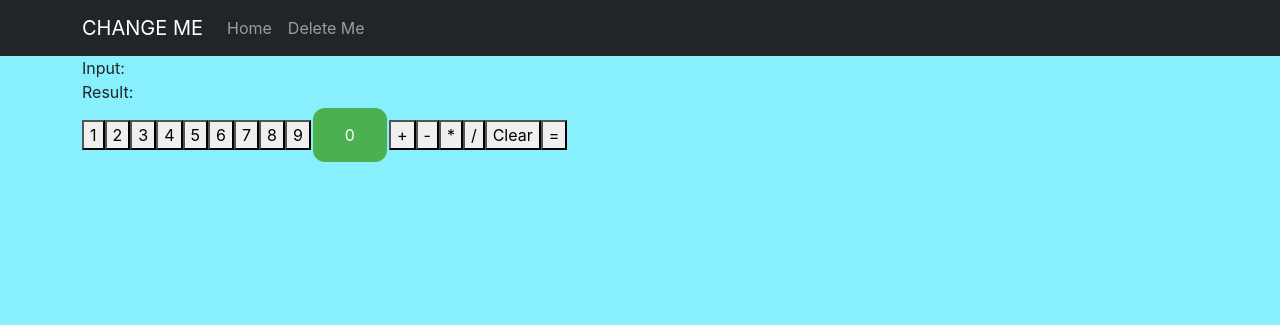
Repository: jgramirez0210/calculator-react
Page: /
An editor plug-in stored every save of this project. The page is shown before and after a run of saves, followed by the edit.
The browser window is 1280 px wide. The pictures show the whole page.
The project was rebuilt for these pictures with package versions that can differ from the ones it lists, and the page was loaded fresh each time. The framework's server and built-in components were replaced by stand-ins that run in the browser. Also part of the build but not shown: next.config.js.

Above is the page before, as saved 2024-01-09 20:18:58.

### pages/_app.js
/* eslint-disable react/prop-types */
import 'bootstrap/dist/css/bootstrap.min.css';
import NoAuth from '../components/NoAuth'; // TODO: COMMENT OUT FOR AUTH
import '../styles/globals.css';
// import { AuthProvider } from '../utils/context/authContext'; // TODO: COMMENT IN FOR AUTH
// import ViewDirectorBasedOnUserAuthStatus from '../utils/ViewDirector'; // TODO: COMMENT IN FOR AUTH

function MyApp({ Component, pageProps }) {
  return (
    <>
      <NoAuth
        component={Component}
        pageProps={pageProps}
      />

      {/* TODO: Delete NoAuth component above and comment in code below for authentication */}
      {/* <AuthProvider>
        <ViewDirectorBasedOnUserAuthStatus
          // if status is pending === loading
          // if status is logged in === view app
          // if status is logged out === sign in page
          component={Component}
          pageProps={pageProps}
        />
      </AuthProvider> */}
    </>
  );
}

export default MyApp;

### pages/index.js
import React, { useState } from 'react';
import { evaluate } from 'mathjs';

function Calculator() {
  const [input, setInput] = useState('');
  const [result, setResult] = useState(null);

  const handleDigit = (digit) => {
    setInput((prevInput) => prevInput + digit);
  };
  const handleOperation = (operation) => {
    setInput((prevInput) => prevInput + operation);
  };
  const calculateResult = () => {
    try {
      if (/[\d]$/.test(input)) {
        setResult(evaluate(input));
      } else {
        setResult('Error: Invalid expression');
      }
    } catch (error) {
      setResult('Error: Invalid expression');
    }
  };
  const handleClear = () => {
    setInput('');
    setResult(null);
  };
  return (
    <div>
      <div> Input: {input}</div>
      <div> Result: {result}</div>
      <div className="calculator-grid"></div>
      {[1, 2, 3, 4, 5, 6, 7, 8, 9, 0].map((digit) => (
        <button type="button" className={`button-${digit}`} onClick={() => handleDigit(digit)}>{digit}</button>
      ))}
      {['+', '-', '*', '/'].map((operation) => (
        <button type="button" onClick={() => handleOperation(operation)}>{operation}</button>
      ))}
      <button type="button" onClick={handleClear}>Clear</button>
      <button type="button" onClick={calculateResult}>=</button>
    </div>
  );
}

export default Calculator;

### components/NoAuth.js
/* eslint-disable react/forbid-prop-types */
import React from 'react';
import PropTypes from 'prop-types';
import NoAuthNavBar from './NoAuthNavBar';

function NoAuth({ component: Component, pageProps }) {
  return (
    <>
      <NoAuthNavBar />
      <div className="container">
        <Component {...pageProps} />
      </div>
    </>
  );
}

NoAuth.propTypes = {
  component: PropTypes.func.isRequired,
  pageProps: PropTypes.oneOfType([PropTypes.object]).isRequired,
};

export default NoAuth;

### styles/globals.css
@import 'bootstrap/dist/css/bootstrap.css';

html,
body {
  padding: 0;
  margin: 0;
  font-family: -apple-system, BlinkMacSystemFont, Segoe UI, Roboto, Oxygen,
    Ubuntu, Cantarell, Fira Sans, Droid Sans, Helvetica Neue, sans-serif;
}

a {
  color: inherit;
  text-decoration: none;
}

* {
  box-sizing: border-box;
}

body {
  background-color: #88effd;
}

.calculator-grid {
  display: grid;
  grid-template-columns: repeat(4, 1fr);
  gap: 10px;
}

.button-0 {
  background-color: #4caf50;
  border: none;
  color: white;
  text-align: center;
  display: inline-block;
  font-size: 16px;
  margin: 4px 2px;
  cursor: pointer;
  border-radius: 12px;
  padding: 15px 32px;
}

.button:hover {
  background-color: #45a049;
}

### components/NoAuthNavBar.js
/* eslint-disable jsx-a11y/anchor-is-valid */
import React from 'react';
import Link from 'next/link';
import {
  Navbar, Container, Nav,
} from 'react-bootstrap';

export default function NoAuthNavBar() {
  return (
    <Navbar collapseOnSelect expand="lg" bg="dark" variant="dark">
      <Container>
        <Link passHref href="/">
          <Navbar.Brand>CHANGE ME</Navbar.Brand>
        </Link>
        <Navbar.Toggle aria-controls="responsive-navbar-nav" />
        <Navbar.Collapse id="responsive-navbar-nav">
          <Nav className="me-auto">
            {/* CLOSE NAVBAR ON LINK SELECTION: https://stackoverflow.com/questions/72813635/collapse-on-select-react-bootstrap-navbar-with-nextjs-not-working */}
            <Link passHref href="/">
              <Nav.Link>Home</Nav.Link>
            </Link>
            <Link passHref href="/delete-me">
              <Nav.Link>Delete Me</Nav.Link>
            </Link>
          </Nav>
        </Navbar.Collapse>
      </Container>
    </Navbar>
  );
}

After the next 2 saves:
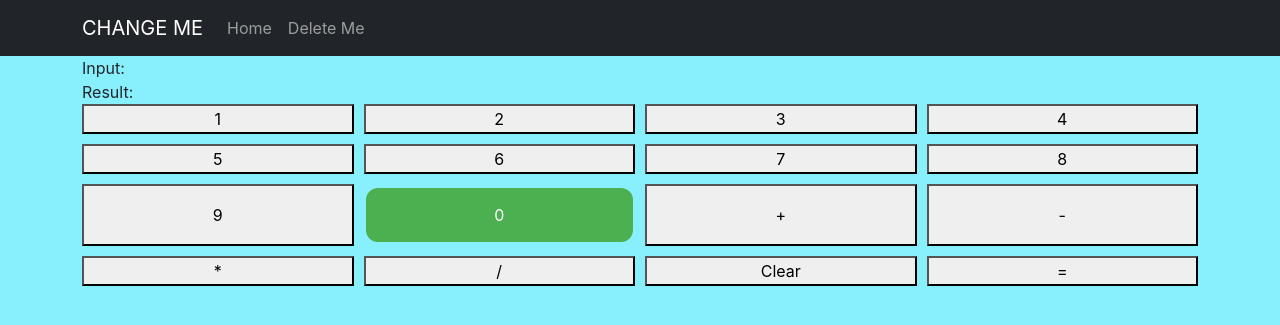
The 2 saves are shown as one change because 1 did not build or start.
The last was saved 16 s later.
--- a/pages/index.js
+++ b/pages/index.js
@@ -30,7 +30,7 @@ function Calculator() {
     <div>
       <div> Input: {input}</div>
       <div> Result: {result}</div>
-      <div className="calculator-grid"></div>
+      <div className="calculator-grid">
       {[1, 2, 3, 4, 5, 6, 7, 8, 9, 0].map((digit) => (
         <button type="button" className={`button-${digit}`} onClick={() => handleDigit(digit)}>{digit}</button>
       ))}
@@ -39,6 +39,7 @@ function Calculator() {
       ))}
       <button type="button" onClick={handleClear}>Clear</button>
       <button type="button" onClick={calculateResult}>=</button>
+      </div>
     </div>
   );
 }
